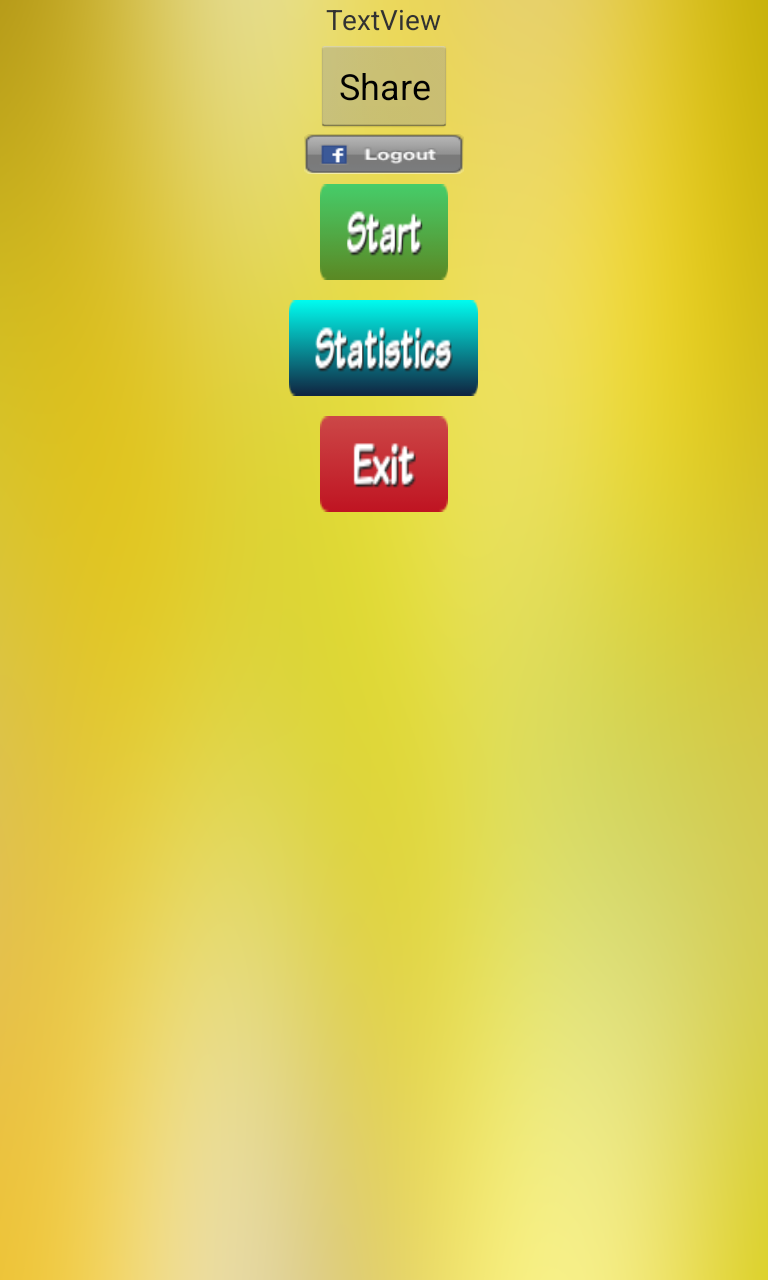
Repository: kingstonbg/workspaceAndroid
Layout: TaxiRoute/res/layout/activity_main_menu.xml
An editor plug-in stored every save of this project. The layout is shown before and after the next save, followed by the edit.
It is drawn on a 768 x 1280 px phone screen (xhdpi) without system bars, with theme AppTheme; the app's code is not run.

Above is the layout before, as saved 2013-02-18 14:43:34.

After the next save:
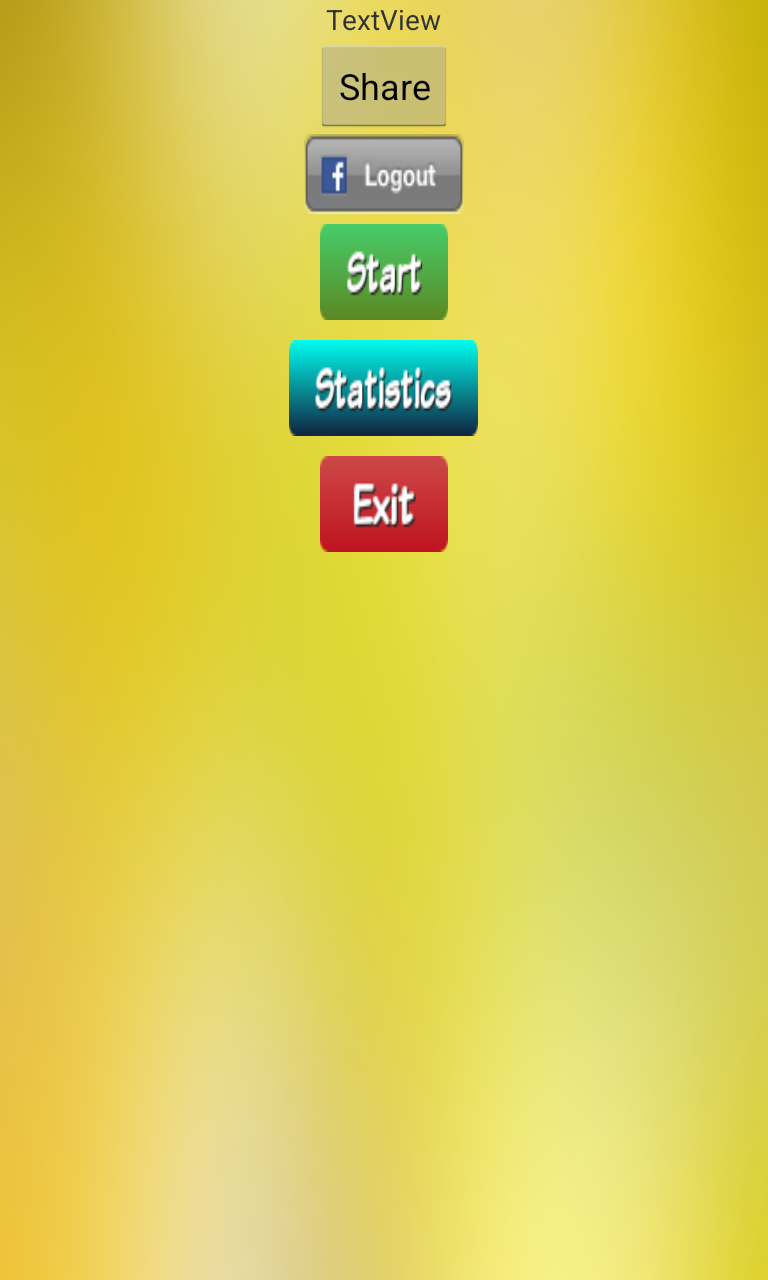
Saved 6 s later.
--- a/TaxiRoute/res/layout/activity_main_menu.xml
+++ b/TaxiRoute/res/layout/activity_main_menu.xml
@@ -21,7 +21,7 @@
     <Button
         android:id="@+id/btn_clear_credentials"
         android:layout_width="80dp"
-        android:layout_height="20dp"
+        android:layout_height="40dp"
         android:background="@drawable/logout" />
 
     <Button
